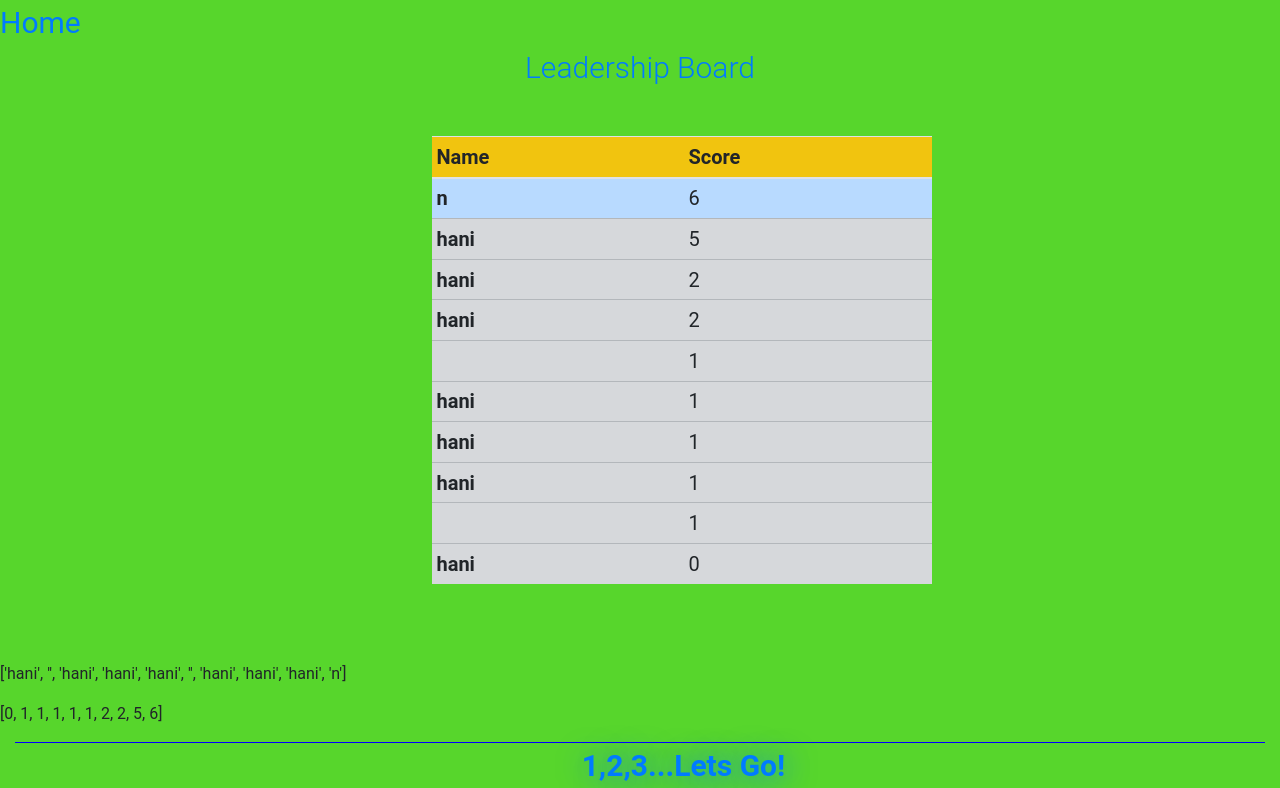
Repository: hanihassan1/Riddle-Game
Page: http://localhost/leadership
The author's editor kept a record of every edit. The page is drawn from the files as they stood at one moment, then again after the next edit.
The browser window is 1280 px wide. The pictures show the whole page.
Some web fonts or font styles are not loaded; a fallback is used. The page is served by the project's application, run on Flask 3 (run.py).

Above is the page before.

### user_scores.txt
hani
1
n
6
hani
2
hani
2

0

1

1
hani
5
hani
1
hani
1
hani
0

### templates/leadership.html
{% extends 'base.html' %}
{% block head %}
<script src="{{ url_for('static', filename='main.js')  }}"></script>

{% endblock %}
{% block content %}

<div class="container-flud">
  <div class="row no-gutters">

    <div class="col-sm-4 lead-homebt"><a href="https://9756ebca0b6a461ca3515f5d51d978ee.vfs.cloud9.us-east-1.amazonaws.com">Home</a></div>
    <div class="col-sm-4">
      <h2 class="lead-head">Leadership Board</h2>
    </div>
    <div class="col-sm-4"></div>
  </div>
</div>

<div class="container-fluid">
  <div class="row no-gutters lead-backg">
     <div class="col-sm-4"></div>
      <div class="col-sm-4">
    <table class="table table-sm" style="background-color:#F1C40F;">
      <thead>
        <tr>
          <th scope="col">Name</th>
          <th scope="col">Score</th>
        </tr>
      </thead>
      <tbody>
        {% for i in range(0, username|length)|reverse %}
        {% if i == username|length -1 %}
        <tr class="table-primary">
          <th scope="row">{{username[i]}}</th>
          <td>{{score[i]}}</td>
          {% else %}
          <tr class="table-secondary">
          <th scope="row">{{username[i]}}</th>
          <td>{{score[i]}}</td>
          {% endif %}
        {% endfor %}
        </tr>
      </tbody>
    </table>
    </div>
 <div class="col-sm-4"></div>
  </div>
</div>
<p>{{username}}</p>
<p>{{score}}</p>



{% endblock %}

### templates/base.html
<!DOCTYPE html>
<html lang="en">

<head>
    <meta charset="UTF-8">
    <meta name="viewport" content="width=device-width, initial-scale=1.0">
    <meta http-equiv="X-UA-Compatible" content="ie=edge">
    <meta name="description" content="">
    <meta name="author" content="">

    <title>{{title}}</title>
    <link rel="stylesheet" href="https://stackpath.bootstrapcdn.com/bootstrap/4.3.1/css/bootstrap.min.css" integrity="sha384-ggOyR0iXCbMQv3Xipma34MD+dH/1fQ784/j6cY/iJTQUOhcWr7x9JvoRxT2MZw1T" crossorigin="anonymous">
    <script src="https://code.jquery.com/jquery-3.3.1.slim.min.js" integrity="sha384-q8i/X+965DzO0rT7abK41JStQIAqVgRVzpbzo5smXKp4YfRvH+8abtTE1Pi6jizo" crossorigin="anonymous"></script>
    <script src="https://cdnjs.cloudflare.com/ajax/libs/popper.js/1.14.7/umd/popper.min.js" integrity="sha384-UO2eT0CpHqdSJQ6hJty5KVphtPhzWj9WO1clHTMGa3JDZwrnQq4sF86dIHNDz0W1" crossorigin="anonymous"></script>
    <script src="https://stackpath.bootstrapcdn.com/bootstrap/4.3.1/js/bootstrap.min.js" integrity="sha384-JjSmVgyd0p3pXB1rRibZUAYoIIy6OrQ6VrjIEaFf/nJGzIxFDsf4x0xIM+B07jRM" crossorigin="anonymous"></script>
    <link href="{{ url_for('static', filename='css/style.css')  }}" rel="stylesheet" type="text/css">
    <link rel="stylesheet" href="https://cdnjs.cloudflare.com/ajax/libs/hover.css/2.3.1/css/hover.css" />
    {% block head %} {% endblock %}
</head>

<body>


        {% block content %} {% endblock %}





    <footer>
        <div class="container-fluid">
            <div class="row no-gutters foot-edit">
                <div class="col-md-4"></div>
                <div class="col-md-4"><strong><a class="footer-name" href="{{url_for('index') }}">1,2,3...Lets Go!</a></strong></div>
                <div class="col-md-4"></div>
            </div>
        </div>
    </footer>

    <script src="{{ url_for('static', filename='main.js')  }}"></script>
</body>

</html>

### run.py
import os
from flask import Flask,render_template, request, flash, jsonify
import json
import random
import numpy



app = Flask(__name__)
app.secret_key = "its_secure"

@app.route('/', methods=["GET", "POST"])
def index():
     if request.method=="POST":
        print(request.form)
        file= open("user_info.txt", "a")
        file.write("Name:{},Age:{},Grade:{}\n"
                  .format(request.form['name'],request.form['age'],
                  request.form['grade']))
        file.close()
        flash(" Hello {}, Welcome! Let's get started. Choose a grade."
        .format(request.form['name']))
     return render_template("index.html", title = "Home Page")



@app.route('/jk_sk/', methods=["GET", "POST"])
def jk_sk_ans():
    args = request.args
    username = args['username']
    return render_template("jk_sk.html", user=username)


@app.route('/get_score/api/v1/', methods=["GET", "POST"])
def user_score():
    my_arg = request.args
    post_name = my_arg['name']
    post_score = my_arg['score']
    file_score = open("user_scores.txt", "a")
    file_score.write(post_name + "\n" + post_score + "\n")
    file_score.close()

    return jsonify("true")



@app.route('/checkans/api/v1/', methods=['GET'])
def que_ans():
    my_arg = request.args
    check_ques = my_arg['question']
    check_ans = my_arg['answer']
    check_category = my_arg['category']
    if check_category == "jk_sk":
        file_name = "data/jk_sk.json"
    if check_category == "1-2":
        file_name = "data/one_two.json"
    if check_category == "3-4":
        file_name = "data/three_four.json"
    if check_category == "5":
        file_name = "data/five.json"
    print(file_name, check_category)
    file = open(file_name, "r")
    file_data = file.read()
    file_data = json.loads(file_data)
    print(file_data)
    for items in file_data:
        if (items['question'].rstrip() == check_ques.rstrip().replace('"', '')):
            if items['answer'] == check_ans:
                return jsonify(True)
            else:
                return jsonify(False)

@app.route('/get_question/api/v1/', methods=['GET'])
def get_question():
    my_arg = request.args
    check_ans = my_arg['category']
    if check_ans == "jk_sk":
        file_name = "data/jk_sk.json"
    if check_ans == "1-2":
        file_name = "data/one_two.json"
    if check_ans == "3-4":
        file_name = "data/three_four.json"
    if check_ans == "5":
        file_name = "data/five.json"
    file = open(file_name, "r")
    all_questions = json.loads(file.read())
    random_number = random.randint(0, len(all_questions) - 1)
    ask_question = all_questions[random_number]["question"]
    return jsonify(ask_question)


@app.route('/leadership')
def leadership():
    file = open("user_scores.txt", "r")
    score_data = file.readlines()
    username = []
    score = []
    final_user_list = []
    file.close()
    for i in range(0, len(score_data)):
        if i % 2 == 0:
            username.append(score_data[i].replace('\n',''))
        else:
            score.append(int(score_data[i].replace('\n','')))
    score_index_before_sort = numpy.argsort(score)
    for index in score_index_before_sort:
        final_user_list.append(username[index])
    score = sorted(score)
    if len(score) > 10:
        score = score[-10:]
        final_user_list = final_user_list[-10:]
    return render_template("leadership.html", title = "Leadership Board Page", username =final_user_list , score = score)



@app.route('/jk_sk')
def jk_sk():
    return render_template("jk_sk.html", title = "Jk/Sk Page")


@app.route('/one_two')
def one_two():
    return render_template("one_two.html", title = "Grades: 1 / 2 Page")

@app.route('/three_four')
def three_four():
    return render_template("three_four.html", title = "Grades: 3 / 4 Page")

@app.route('/five')
def five():
    return render_template("five.html", title = "Grade: 5  Page")


@app.route('/check_answer/', methods=["GET"])
def check_answer():
    my_arg = request.args
    question = my_arg['question']
    answers = my_arg['answer']
    answer_return = ""
    with open("data/jk_sk.json", 'r') as file1:
        answer_file = json.load(file1)
    for answer in answer_file:
        print(answer)
        if answer['question'] == question:
            if answer['answer'] == answers:
                answer_return = "True"
            else:
                answer_return = "False"
    return jsonify({'result':answer_return})


if __name__ == '__main__':
    app.run(host=os.environ.get('IP'),
    port=int(os.environ.get('PORT')),
    debug=True)

### static/css/style.css
@import url('https://fonts.googleapis.com/css?family=Varela+Round:100,200,300,400,500,600,700|EXO:100,200,300,400,500,600,700');
@import url('https://fonts.googleapis.com/css?family=Cantarell:700i:100,200,300,400,500,600,700|EXO:100,200,300,400,500,600,700');

body {
    font-family: 'Varela Round', sans-serif;
    background-color:#57D62C;
    height: 100vh;

}
html {
 scroll-behavior: smooth;
}

.hide {
    display: none !important;
}


a {
    text-decoration: none !important;
}

html {
 scroll-behavior: smooth;
}

/*header*/
#logoOne  {
  border-radius: 15%;
}

.game_name {
  text-align:center;
     padding-bottom: 25px;

}


/*index*/

.signin  {
  color:#007bff;

}


body {
  font-family: 'Roboto', sans-serif;
  padding: 0;
  margin: 0;
}

small {
  font-size: 12px;
  color: rgba(0, 0, 0, 0.4);
}

h1 {
  text-align: center;
  padding: 50px 0;
  font-weight: 800;
  margin: 0;
  letter-spacing: -1px;
  color: inherit;
  font-size: 40px;
}



h2 {
  text-align: center;
  font-size: 30px;
  margin: 0;
  font-weight: 300;
  color: inherit;
  padding: 50px;
}

.center {
  text-align: center;
}



section {
  height: 100vh;
}

/* NAV */


nav {
  width: 80%;
  margin: 0 auto;
  background: #fff;
  padding: 50px 0;
  box-shadow: 0px 5px 0px #dedede;
}

nav ul {
  list-style: none;
  text-align: center;
}
nav ul li {
  display: inline-block;
}
nav ul li a {
  display: block;
  padding: 15px;
  text-decoration: none;
  color: #aaa;
  font-weight: 800;
  text-transform: uppercase;
  margin: 0 10px;
}
nav ul li a,
nav ul li a:after,
nav ul li a:before {
  transition: all .5s;
}
nav ul li a:hover {
  color: #555;
}

nav.shift ul li a {
  position:relative;
  z-index: 1;
}
nav.shift ul li a:hover {
  color: #91640F;
}
nav.shift ul li a:after {
  display: block;
  position: absolute;
  top: 0;
  left: 0;
  bottom: 0;
  right: 0;
  margin: auto;
  width: 100%;
  height: 1px;
  content: '.';
  color: transparent;
  background: #F1C40F;
  visibility: none;
  opacity: 0;
  z-index: -1;
}
nav.shift ul li a:hover:after {
  opacity: 1;
  visibility: visible;
  height: 100%;
}

#nav_catog  {
  background: #f1c40f;
  color: rgba(0, 0, 0, 0.5);

}


/* form-index */
#sendMessageButton1     {
    opacity: 9;
     background-color: #A9A9A9;
    border-radius: 10%;
    color: #484848;
}
.sect  {
      height: 100vh;

}
.form-edit  {
  padding-top:20px;

}


.form-control {

     width: 68%!important;

}
.btn {
 margin-top:10px;
}
.form-edit {
  height:75%;
   padding-top: 32px;

}


.card_row   {
  /*margin-left:28%;*/
  /*margin-top:10px;*/
}


.card-body {

}

/*footer*/



.footer-name {
  text-align:center;
  padding-left:150px;
  font-size:30px;
  text-shadow: 2px 2px 30px #007bff;

}


.foot-edit  {
  border-top:1px solid blue;
}



.lead-head  {
  text-align:center;
   font-family: 'Roboto', sans-serif;
  font-size:30px;
   color:#007bff;
}

.lead-backg {
    height: 73vh;
}


.table {
  width: 500px;
  padding-right: 10%;
  font-size:20px;
}

.lead-homebt {
 font-size:30px;
 padding-bottom:50px;
}

.active {
  background-color: red;
}

### static/main.js
$("#incorrect").on("click", function() {
    // $(".prog-result").html("");
    $('#incorrect').trigger('focus')
    $("ul").html("");
    $("#progress").addClass("hide");
    totaLtime = 0;
});

function save_name(){
    username = $("#name").val();
    localStorage.setItem("username", username)
}


$(function() {
  $("li.upper").hide();
  $("li.lower").hide();
  $("#header1").on('click', function() {
    $("li.upper").slideToggle();
    $("#header1").removeClass("active");
    $(this).css({
      "background": "#4CAF50",
      "color": "white"
    });
  });
  $("#header2").click(function() {
    $("li.lower").slideToggle();
    $("li #header2").removeClass("active");
    $("li #header2").addClass("active");
    $(this).css({
      "background": "#4CAF50",
      "color": "white"
    });
  });
});























// function req_data(answers) {
//   var xhttp = new XMLHttpRequest();
//   xhttp.onreadystatechange = function() {
//     if (this.readyState == 4 && this.status == 200) {
//       document.getElementById("answer").innerHTML = this.responseText;
//       myResponse = JSON.parse(this.responseText);
//         if ((myResponse.results) == True) {
//     }
//     else {
//       return false
//     }
//   };
//   xhttp.open("GET", "{{url_for('get_question') }}" + "?question=" + "answers" + answers  , true);
//   xhttp.send();
// }
// }


// $("#answerId").on("click", function() {

//     req_data($("#answer_box").val());

// });

After the next edit:
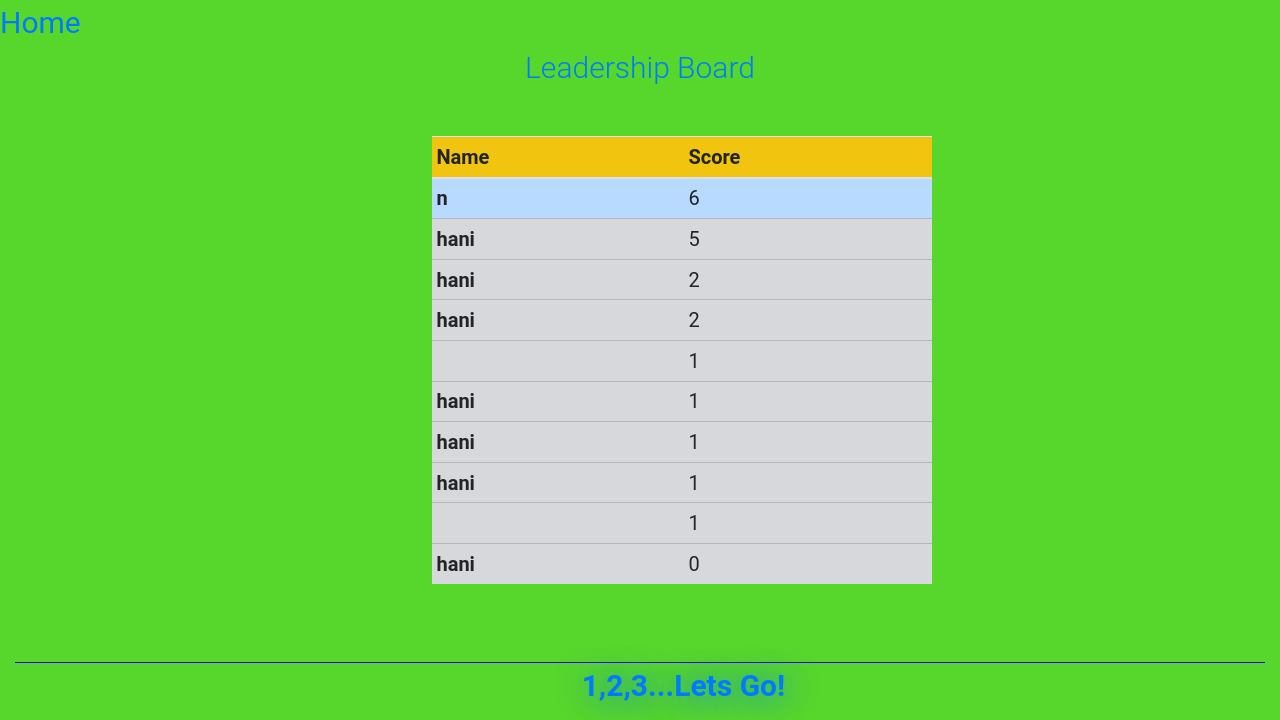
The edit:
--- a/templates/leadership.html
+++ b/templates/leadership.html
@@ -46,8 +46,6 @@
  <div class="col-sm-4"></div>
   </div>
 </div>
-<p>{{username}}</p>
-<p>{{score}}</p>
 
 
 
